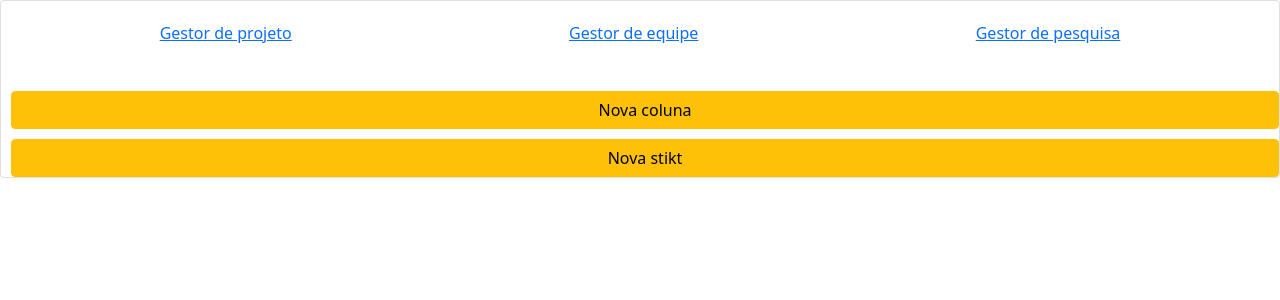
Repository: shadowruge/kanban
Page: index.html
These files come from the project's save history. The page is drawn as it stood at one moment and after the next save; the edit follows.
The browser window is 1280 px wide. The pictures show the whole page.

Above is the page before, as saved 2021-06-12 20:01:34.

### index.html
<!DOCTYPE html>
<html lang="en">
  <head>
    <meta charset="UTF-8" />
    <meta http-equiv="X-UA-Compatible" content="IE=edge" />
    <meta name="viewport" content="width=device-width, initial-scale=1.0" />
    <script src="https://cdn.jsdelivr.net/npm/@popperjs/core@2.9.2/dist/umd/popper.min.js" integrity="sha384-IQsoLXl5PILFhosVNubq5LC7Qb9DXgDA9i+tQ8Zj3iwWAwPtgFTxbJ8NT4GN1R8p" crossorigin="anonymous"></script>
<script src="https://cdn.jsdelivr.net/npm/bootstrap@5.0.1/dist/js/bootstrap.min.js" integrity="sha384-Atwg2Pkwv9vp0ygtn1JAojH0nYbwNJLPhwyoVbhoPwBhjQPR5VtM2+xf0Uwh9KtT" crossorigin="anonymous"></script>

    <script src="https://cdn.jsdelivr.net/npm/bootstrap@5.0.1/dist/js/bootstrap.bundle.min.js" integrity="sha384-gtEjrD/SeCtmISkJkNUaaKMoLD0//ElJ19smozuHV6z3Iehds+3Ulb9Bn9Plx0x4" crossorigin="anonymous"></script>
    <link href="https://cdn.jsdelivr.net/npm/bootstrap@5.0.1/dist/css/bootstrap.min.css" rel="stylesheet" integrity="sha384-+0n0xVW2eSR5OomGNYDnhzAbDsOXxcvSN1TPprVMTNDbiYZCxYbOOl7+AMvyTG2x" crossorigin="anonymous">
    <link rel="stylesheet" href="style.css" />
    <script src="index.js"></script>
    <title id="Description">Shadow Kanban</title>
  </head>
  <body>
    <div class="card-holder">
  <div class="card bg-gold">
    <nav class="nav">
      <p><a href="#">Gestor de projeto</a></p>
      <p><a href="#">Gestor de equipe</a></p>
      <p><a href="#">Gestor de pesquisa</a></p>
    </nav>
    <!--botão-->

  <button type="button" class="btn btn-warning">Nova coluna</button>

  <button type="button" class="btn btn-warning">Nova stikt</button>
  <div class="Linha" style="width:600px;">
    <!-- RECEBE DIVS DINAMICAS -->
    </div>
  </div>

  </div>
  </body>
  <script>

  </script>
</html>

### style.css
* {
  margin: 0;
  padding: 0;
  border: 0;
}

header{
  background-color:white;
}


#kanban {

  width: 97%;
  color: white;
  text-align: center;
  display: flex;
  flex-wrap: wrap;
}

.nav {

  padding: 20px;
  display: flex;
  justify-content: space-around;
  flex-wrap: wrap;
}

.ideias,
.pesquisa,
.progresso,
.testes,
.pronto {
  margin-top: 5px;
  margin-left: auto;
}

.membros,
.membros-lideres {
  margin-left: 150px;
}




  button {
  margin-top: 10px;
  margin-left: 10px;
  }

### index.js
function dragStartHandler(ev) {
  ev.dataTransfer.setData("application/my-app", ev.target.id);
  ev.dataTransfer.effectAllowed = "move";
}

function dragCardStart(e) {
  console.log(e);
}

function dragOvertHandler(ev) {
  ev.preventDefault();
  ev.dataTransfer.dropEffect = "move";
}

function dropHandler(ev) {
  ev.preventDefault();
  const data = ev.dataTransfer.getData("application/my-app");
  ev.target.appendChild(document.getElementById(data));
}

function handleInputKeys({ key }) {
  switch (key) {
    case "Enter":
      break;

    default:
      break;
  }
}

const onInputClick = (e) => {
  e.preventDefault();
  e.stopPropagation();
  e.target.disabled = false;
  e.target.focus();
};

const onInputLostFocus = (e) => {
  console.log(e);
  e.target.disabled = true;
};

function addNewCard(e) {
  //   console.log(e);
  //   console.log(column);
  //   console.log(body);
  //   console.log(body.children);
  //   console.log(body.children[0].getAttributeNames());
  const [, , , column] = e.path;
  const [, body] = column.children;
  const addButton = body.children[body.children.length - 1];
  const card = document.createElement("div");
  const input = document.createElement("textarea");
  input.cols = 30;
  input.rows = 10;
  input.disabled = true;
  card.appendChild(input);
  card.classList.add("card");
  card.draggable = "true";
  card.addEventListener("click", onInputClick);
  card.addEventListener("focusout", onInputLostFocus);
  card.addEventListener("dragstart", dragCardStart);
  body.removeChild(addButton);
  body.appendChild(card);
  body.appendChild(addButton);
}

After the next save:
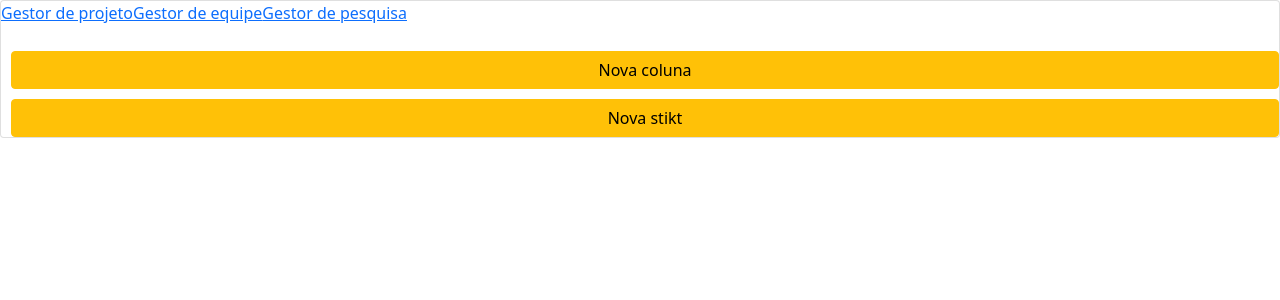
Saved 10 s later.
--- a/style.css
+++ b/style.css
@@ -9,37 +9,6 @@ header{
 }
 
 
-#kanban {
-
-  width: 97%;
-  color: white;
-  text-align: center;
-  display: flex;
-  flex-wrap: wrap;
-}
-
-.nav {
-
-  padding: 20px;
-  display: flex;
-  justify-content: space-around;
-  flex-wrap: wrap;
-}
-
-.ideias,
-.pesquisa,
-.progresso,
-.testes,
-.pronto {
-  margin-top: 5px;
-  margin-left: auto;
-}
-
-.membros,
-.membros-lideres {
-  margin-left: 150px;
-}
-
 
 
 
